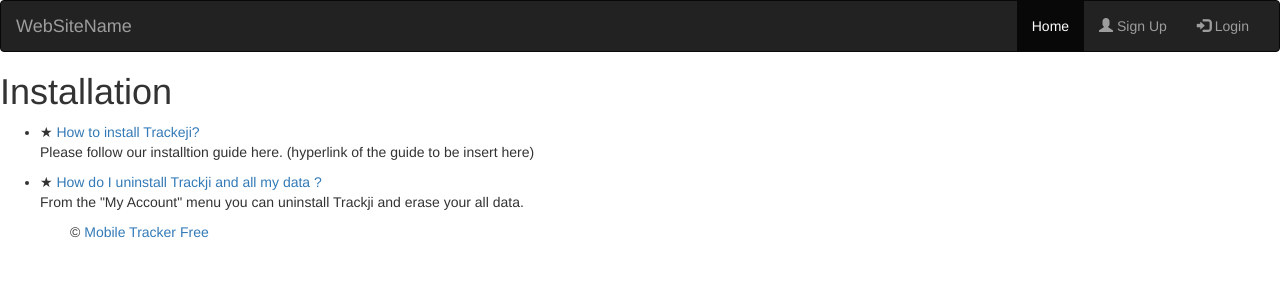
Repository: prathmeshgodbole/Web_Development
Page: Mobile_tracker/Installation.html
The author's editor kept a copy of each file at every save. The page is drawn from the files as they stood at one save, then again after the next save.
The browser window is 1280 px wide. The pictures show the whole page.

Above is the page before, as saved 2020-03-08 17:38:40.

After the next save:
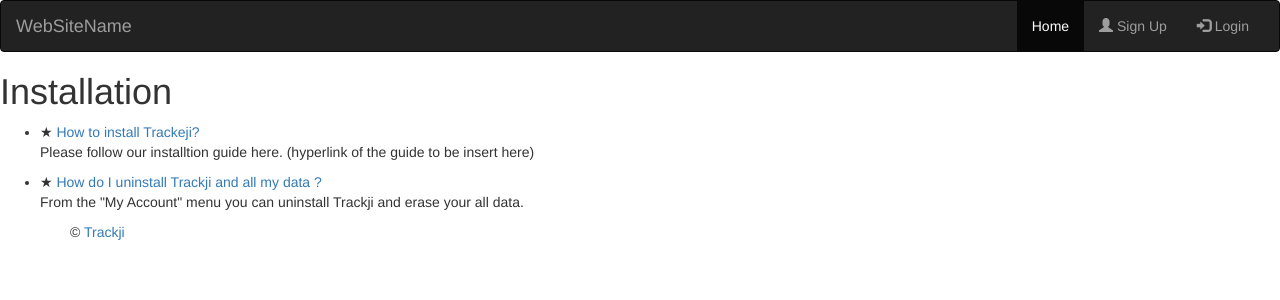
Saved 35 s later.
--- a/Mobile_tracker/Installation.html
+++ b/Mobile_tracker/Installation.html
@@ -67,7 +67,7 @@
     <!--/.container-->
     <footer class="footer container">
         <div class="container-inner">
-            <p class="copyright">&copy; <a href=https://mobile-tracker-free.com>Mobile Tracker Free</a></p>
+            <p class="copyright">&copy; <a href=>Trackji</a></p>
         </div>
     </footer>
 
